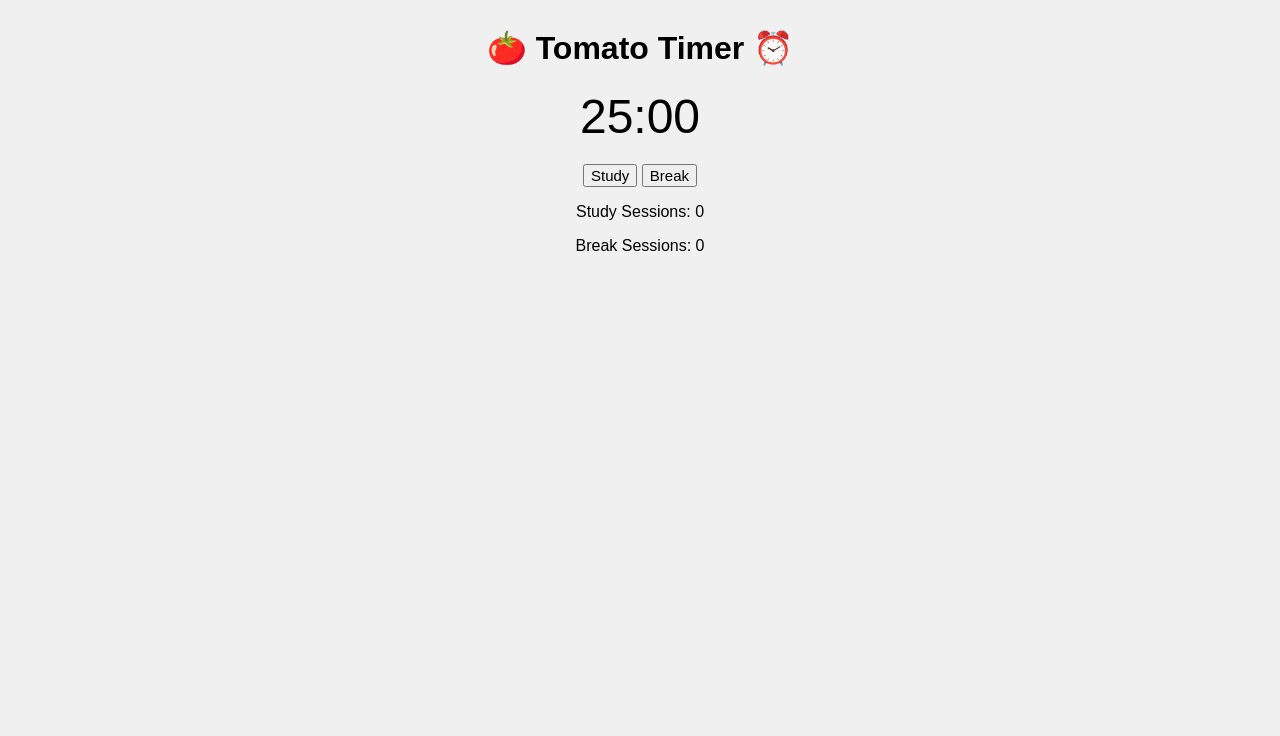
Repository: valentinaarojas/tomato-timer
Page: index.html
An editor plug-in stored every save of this project. The page is shown before and after a run of saves, followed by the edit.
The browser window is 1280 px wide. The pictures show the whole page.

Above is the page before, as saved 2025-02-06 20:04:57.

After the next 2 saves:
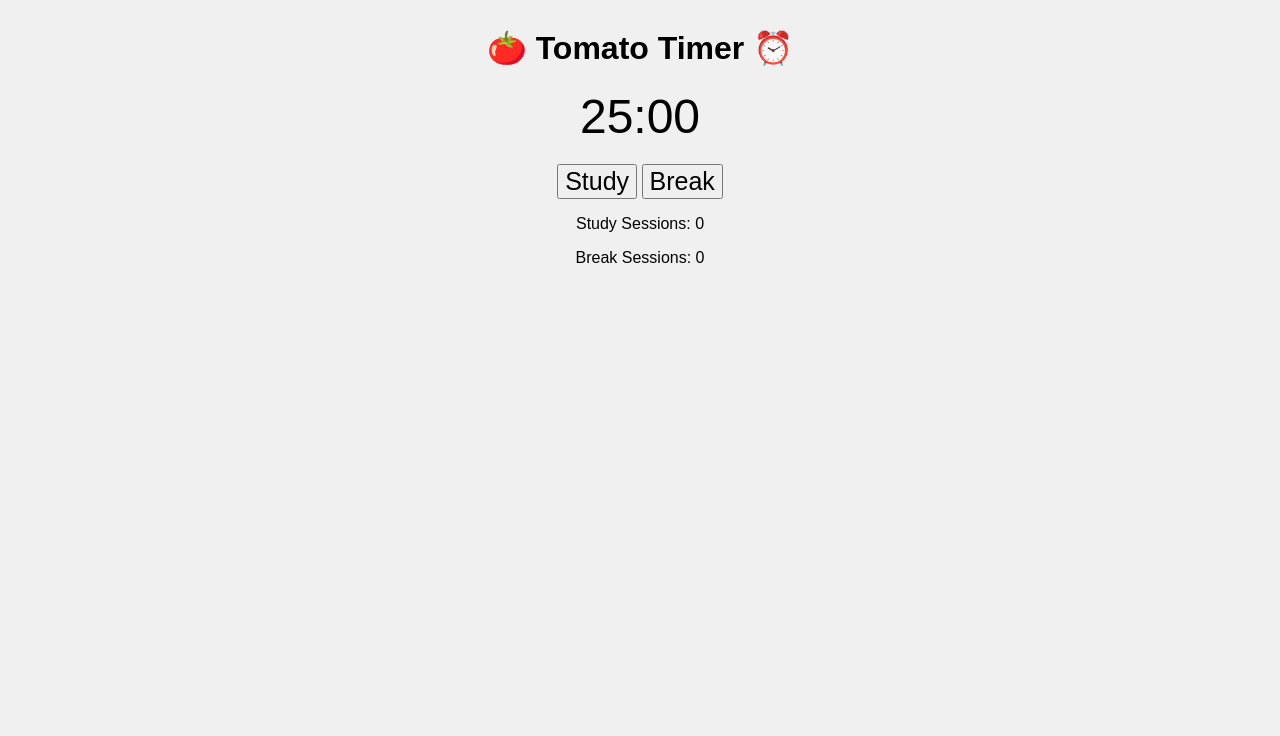
The 2 saves are shown as one change because they came seconds apart.
The last was saved 9 s later.
--- a/styles.css
+++ b/styles.css
@@ -17,5 +17,5 @@ body {
 }
 
 #buttons button {
-    font-size: 15px;
+    font-size: 25px;
 }
